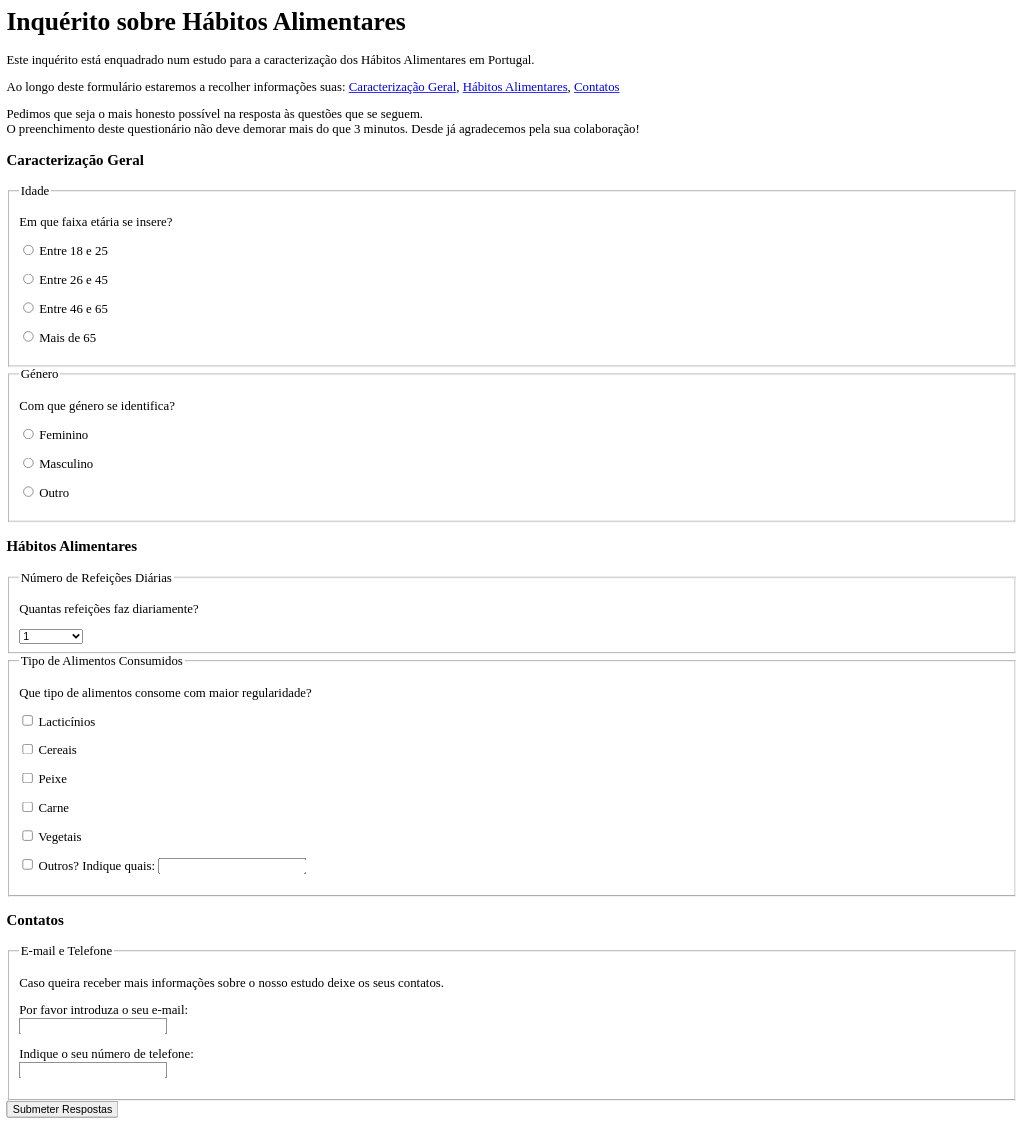
Repository: inespalma/About_Me
Page: Coding_Challenges/HTML/formAndInputs.html
These files come from the project's save history. The page is drawn as it stood at one moment and after the next save; the edit follows.
The browser window is 1280 px wide. The pictures show the whole page, at 80% of full size.

Above is the page before, as saved 2024-11-20 11:48:30.

After the next save:
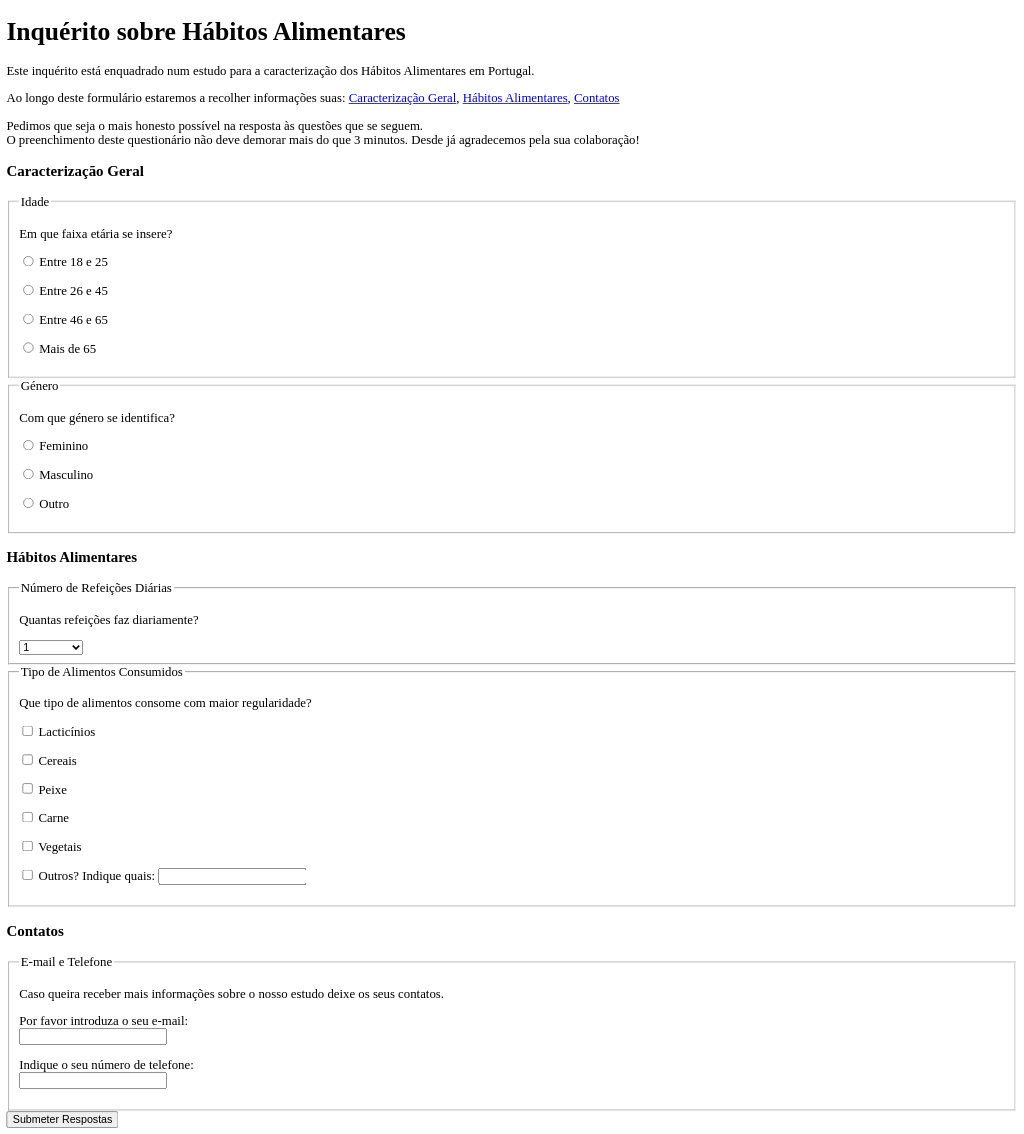
Saved 30 s later.
--- a/Coding_Challenges/HTML/formAndInputs.html
+++ b/Coding_Challenges/HTML/formAndInputs.html
@@ -1,3 +1,4 @@
+<!DOCTYPE html>
 <html lang="pt">
 
 <head>
